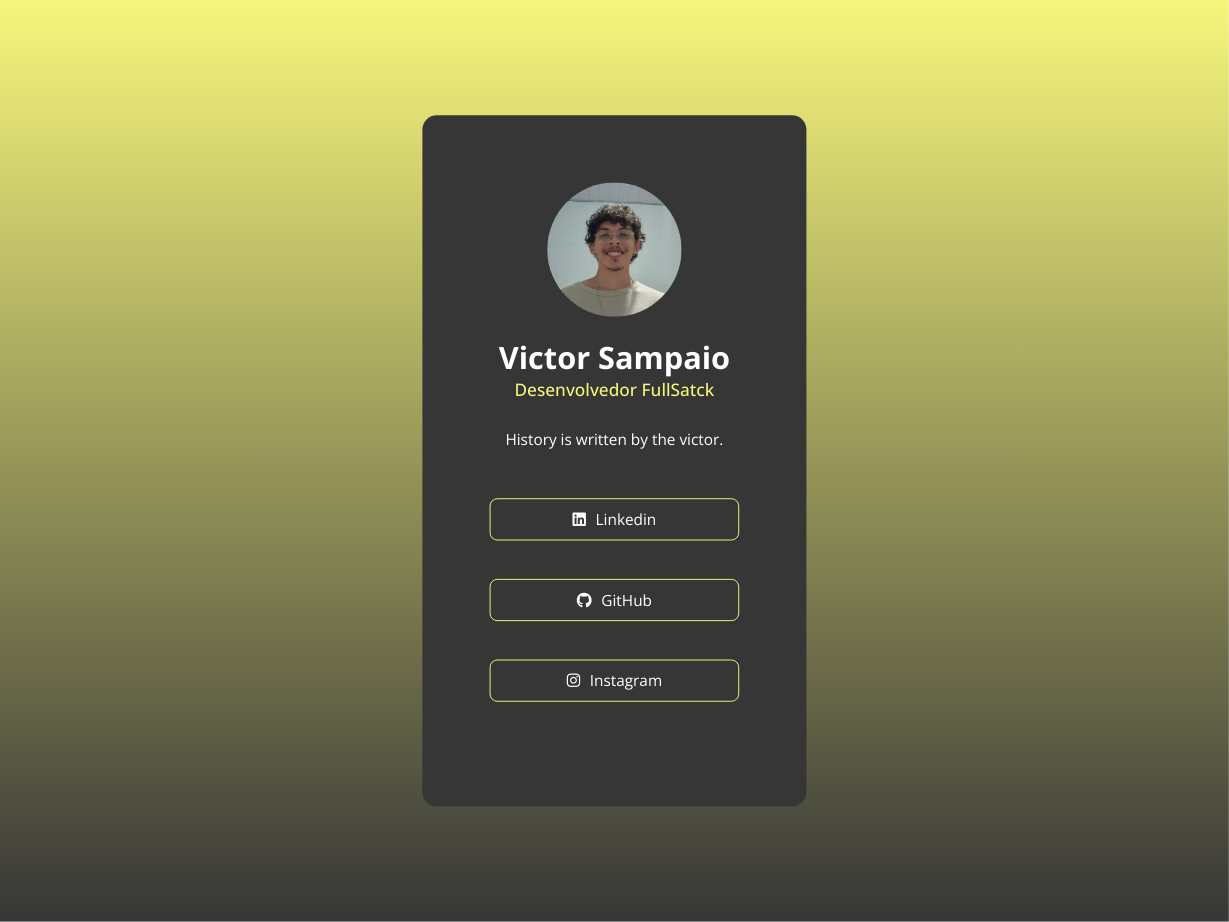
Repository: VictorSampaioDev/linkthree-gt9
Page: index.html
These files come from the project's save history. The page is drawn as it stood at one moment and after a run of saves; the edit follows.
The browser window is 1280 px wide. The pictures show the whole page, at 96% of full size.

Above is the page before, as saved 2025-04-11 15:57:04.

### index.html
<!DOCTYPE html>
<html lang="pt-br">
<head>
    <meta charset="UTF-8">
    <meta name="viewport" content="width=device-width, initial-scale=1.0">
    <meta >
    <title>linkthree JV</title>
    <link rel="stylesheet" href="style.css">
    <link rel="preconnect" href="https://fonts.googleapis.com">
    <link rel="preconnect" href="https://fonts.gstatic.com" crossorigin>
    <link href="https://fonts.googleapis.com/css2?family=Open+Sans:ital,wght@0,300..800;1,300..800&display=swap" rel="stylesheet">
    <link rel="stylesheet" href="https://cdnjs.cloudflare.com/ajax/libs/font-awesome/6.5.0/css/all.min.css">
</head>
<body>
    <div class="container-main">
<!-- imagem -->
        <div class="container-image">
            <img src="./assets/image-profile.jpeg" alt="Foto de Perfil">
        </div>
<!-- Titulos -->
      <div class="container-infos">
        <h1>Victor Sampaio</h1>
        <h2>Desenvolvedor FullSatck</h2>
      </div>
<!-- Paragrafo -->
      <div class="container-paragrafo">
        <p>
            History is written by the victor.
        </p>
      </div>
<!-- lista estilizada ("botões") -->
      <div class="container-social-links">
        <ul>
                <a href="https://www.linkedin.com/in/joao-victor-sampaio-30a556355/" target="_blank">
                    <li>
                        <!-- icone -->
                        <i class="fa-brands fa-linkedin"></i>
                        <!-- paragrafo -->
                        <p>Linkedin</p>
                    </li>
                </a>

                <a href="https://github.com/VictorSampaioDev" target="_blank">
                   <li>
                    <i class="fa-brands fa-github"></i>
                    <p>GitHub</p>
                   </li>
                </a>

                <a href="https://www.instagram.com/jovetorr" target="_blank">
                   <li>
                    <i class="fa-brands fa-instagram"></i>
                    <p>Instagram</p>
                   </li>
                </a>
        </ul>
    </div>
</body>
</html>

### style.css
* {
    font-family: "Open Sans", sans-serif;
    margin: 0;
    padding: 0;
    box-sizing: border-box;
}
body{
    background: linear-gradient(
        to bottom,
        rgb(246, 246, 124),
        rgb(54, 54, 54)
    );

}
.container-main{
    background-color: #363636;
    width: 400px;
    height: 720px;
    box-sizing: border-box;
    margin: 120px auto;
    padding: 70px;
    border-radius: 15px;
    text-align: center;
}
.container-image{

    & img{
       width: 140px;
       border-radius: 100%;
    }
}
.container-infos{
    margin-top: 15px;
    margin-bottom: 10px;
}
.container-infos h1{
    font-weight: 700;
    color: white;
}
.container-infos h2{
    font-weight: 500;
    font-size: 18px;
    color: rgb(246, 246, 124);
}
.container-paragrafo{
    margin-top: 30px;
    color: white;
    margin-bottom: 50px;
}
.container-social-links ul {
    display: flex;
    flex-direction: column;
    gap: 40px;
}
.container-social-links li {
    display: flex;
    justify-content: center;
    gap: 10px;
    align-items: center;
    border: 1px solid rgb(246, 246, 124);
    border-radius: 8px;
    padding: 10px;
    transition: background-color 0.3s;


    &:hover{
        background-color: rgb(246, 246, 124);
    }
  }

.container-social-links a {
    text-decoration: none;
    color: white;
    transition: color 0.3s;

    &:hover{
        color: black;
    }
}

After the next 2 saves:
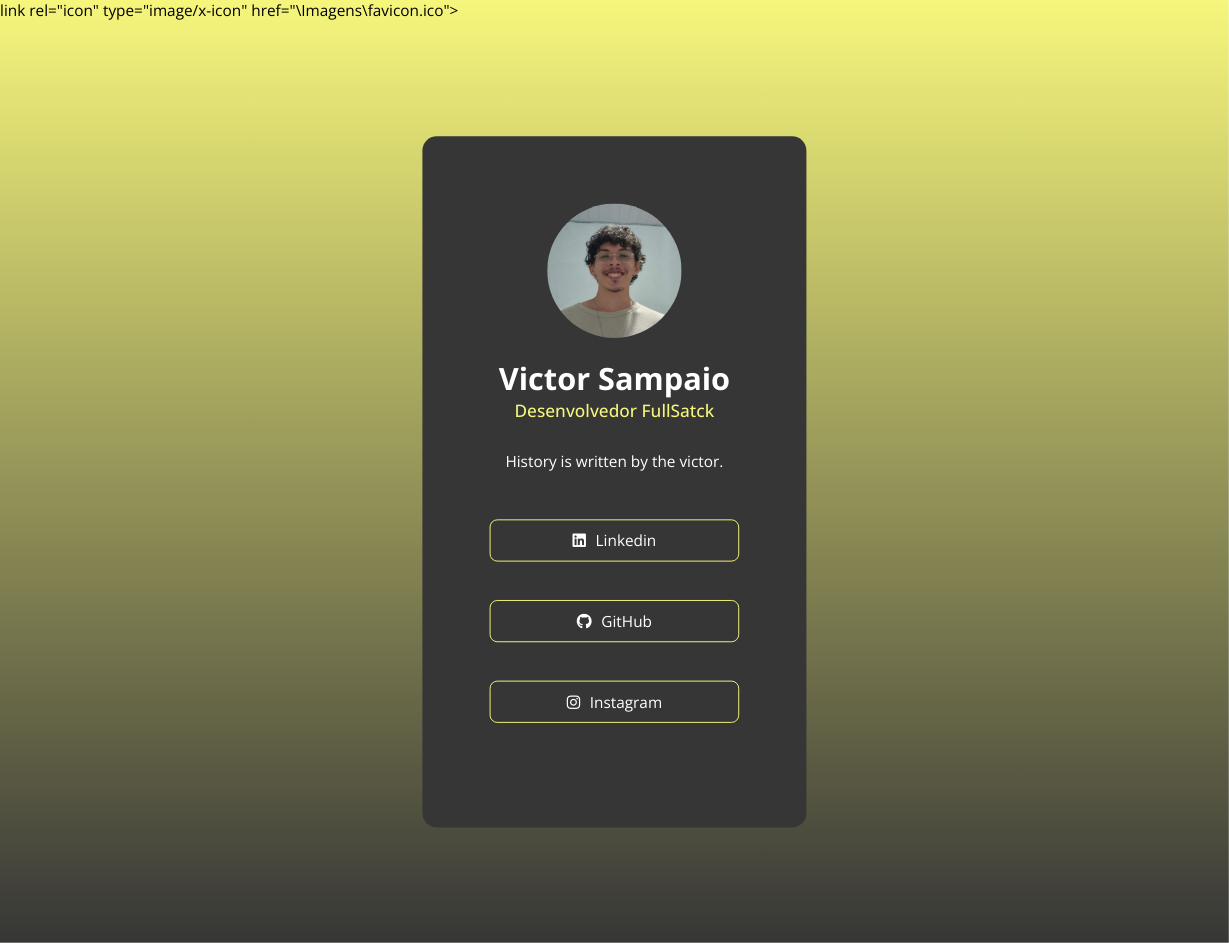
The 2 saves are shown as one change because they came seconds apart.
The last was saved 82 s later.
--- a/index.html
+++ b/index.html
@@ -3,7 +3,7 @@
 <head>
     <meta charset="UTF-8">
     <meta name="viewport" content="width=device-width, initial-scale=1.0">
-    <meta >
+    link rel="icon" type="image/x-icon" href="\Imagens\favicon.ico">
     <title>linkthree JV</title>
     <link rel="stylesheet" href="style.css">
     <link rel="preconnect" href="https://fonts.googleapis.com">

After the 2 saves that followed:
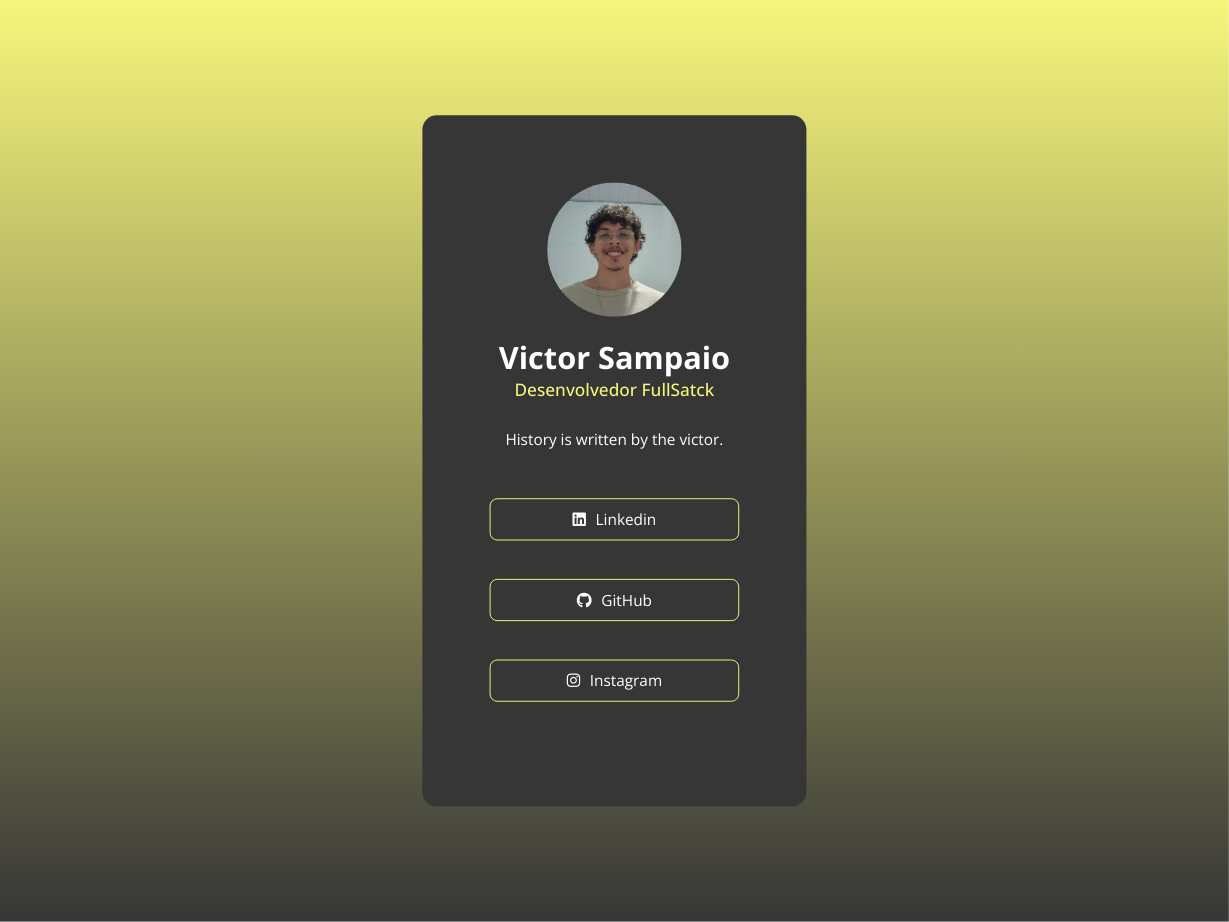
The 2 saves are shown as one change because they came seconds apart.
The last was saved 10 s later.
--- a/index.html
+++ b/index.html
@@ -3,7 +3,6 @@
 <head>
     <meta charset="UTF-8">
     <meta name="viewport" content="width=device-width, initial-scale=1.0">
-    link rel="icon" type="image/x-icon" href="\Imagens\favicon.ico">
     <title>linkthree JV</title>
     <link rel="stylesheet" href="style.css">
     <link rel="preconnect" href="https://fonts.googleapis.com">
